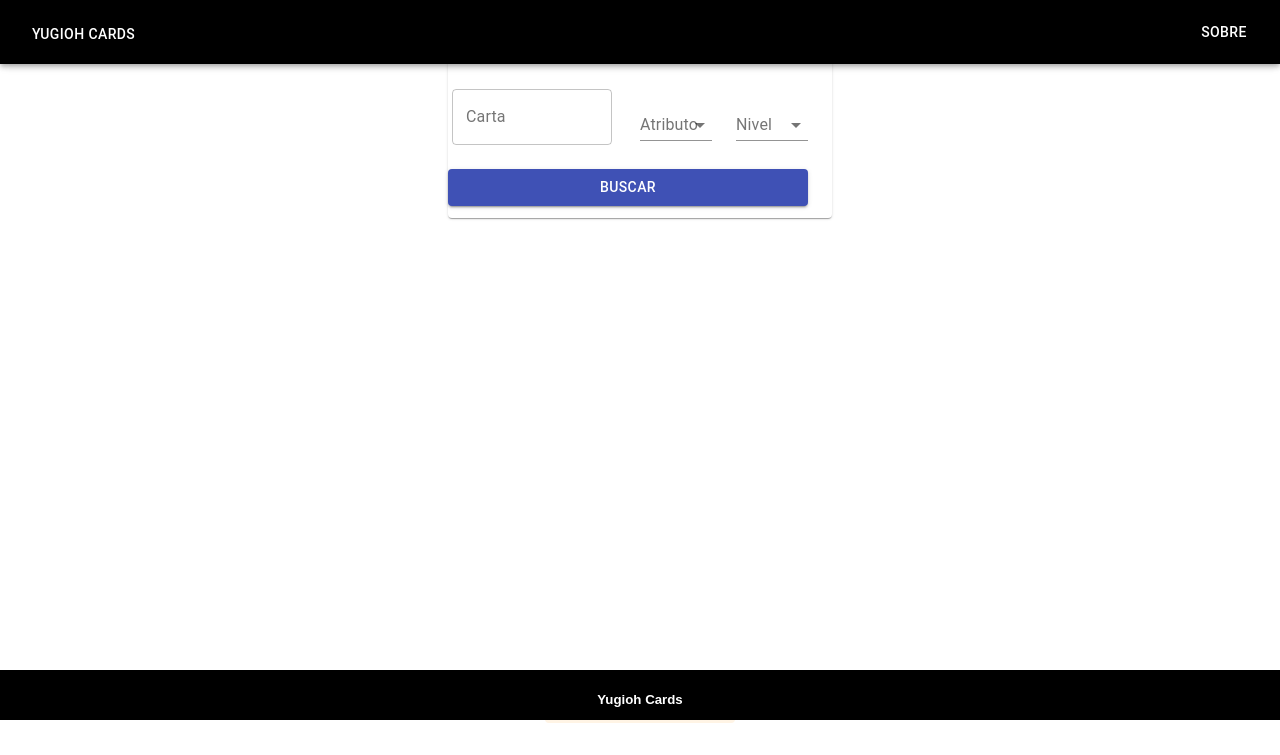
Repository: Skorfate/yugiohCard
Page: /
These files come from the project's save history. The page is drawn as it stood at one moment and after the next save; the edit follows.
The browser window is 1280 px wide. The pictures show the whole page.
The project was rebuilt for these pictures with package versions that can differ from the ones it lists, and the page was loaded fresh each time. Also part of the build but not shown: webpack.config.js, src/App.css, src/components/header/header.style.scss.

Above is the page before, as saved 2021-07-19 02:34:02.

After the next save:
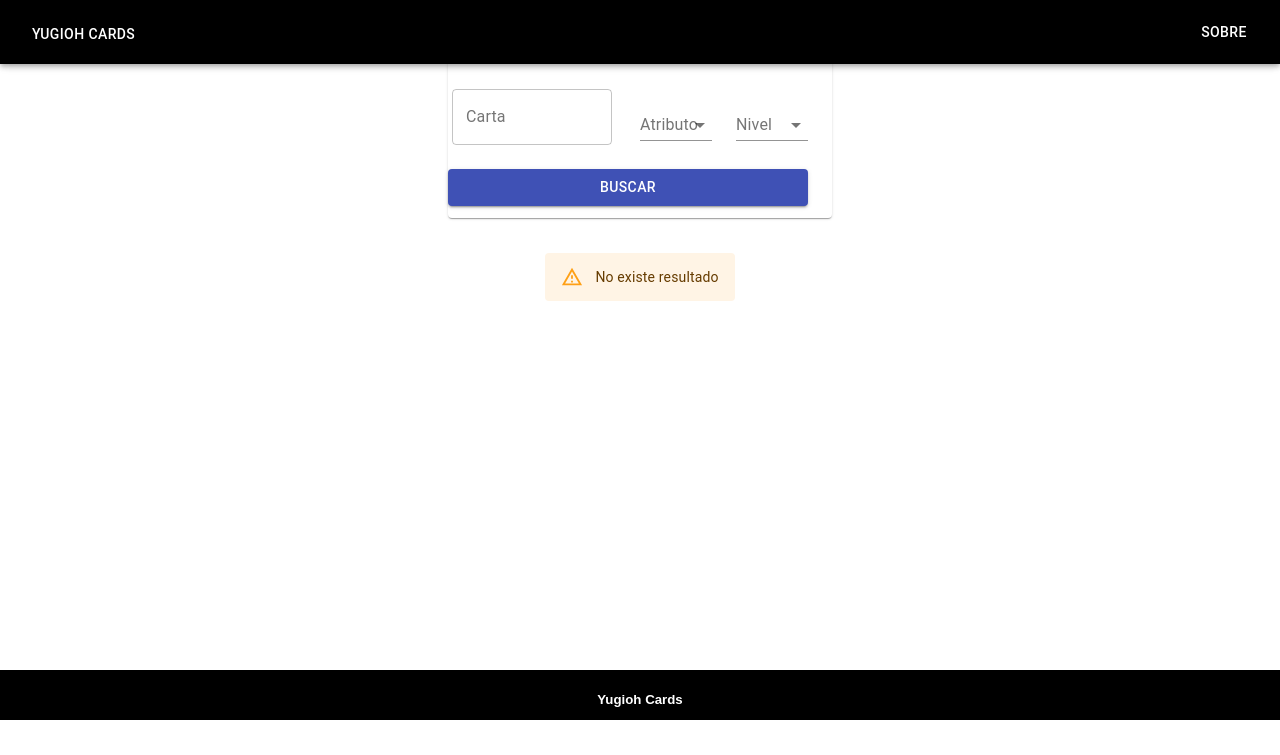
Saved 28 s later.
--- a/src/page/Home/Home.page.jsx
+++ b/src/page/Home/Home.page.jsx
@@ -32,11 +32,11 @@ const Home = () => {
                         }
                         {!loading &&
                             <Grid item spacing={ 3 }  xs={12} sm={12} md={12} justify="center" style={{width: '100%'}}>
+                                {cards.length === 0 &&
+                                    <NotFound/>
+                                }
                                 <Card cards={cards} />
                             </Grid>
-                        }
-                        {cards.length === 0 &&
-                            <NotFound/>
                         }
                     </Box>
             </Grid>
